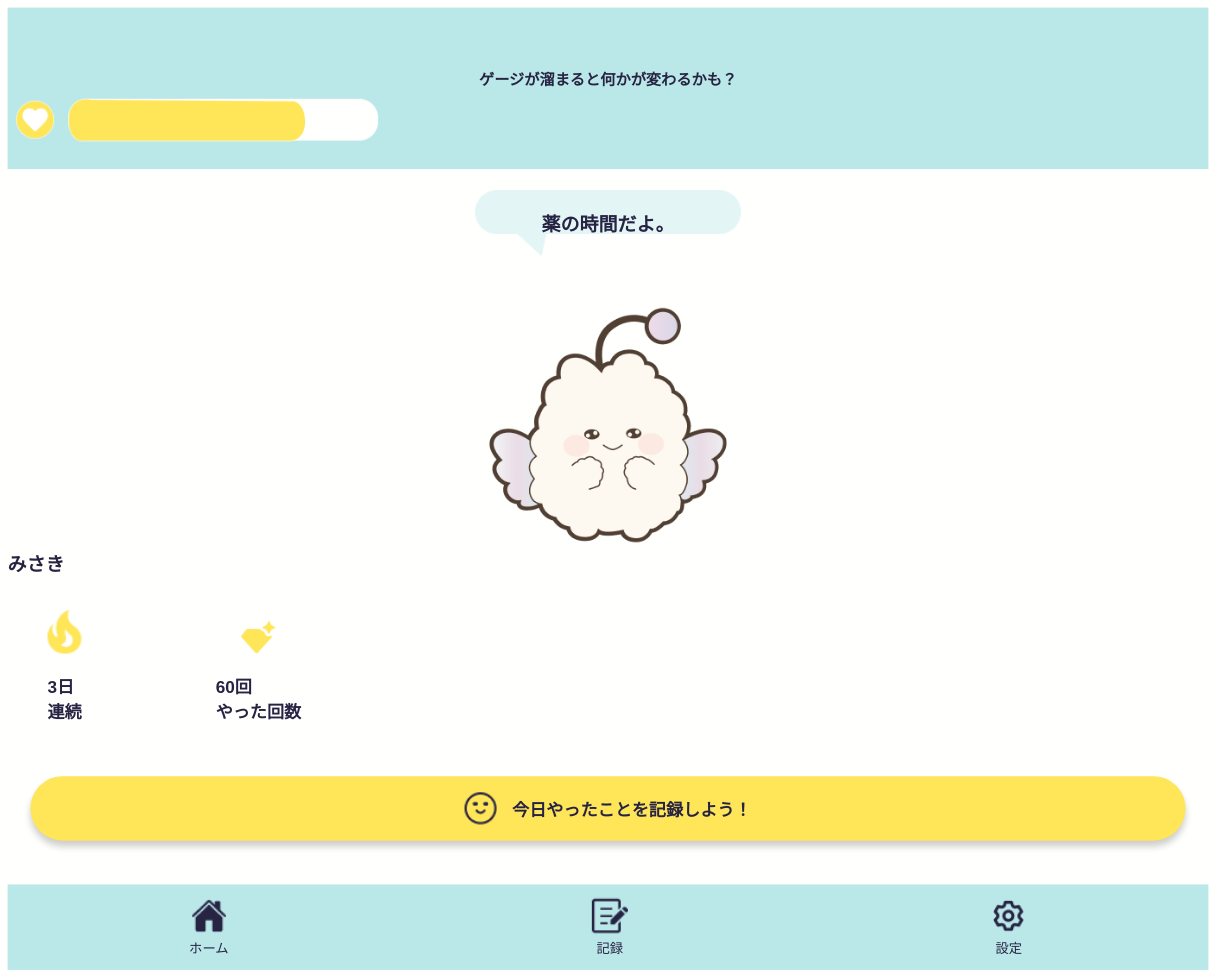
Repository: misaki0919/Self-care
Page: home_page.html
The author's editor kept a copy of each file at every save. The page is drawn from the files as they stood at one save, then again after the next save.
The browser window is 1280 px wide. The pictures show the whole page, at 95% of full size.
Some web fonts or font styles are not loaded; a fallback is used.

Above is the page before, as saved 2026-07-20 21:55:28.

After the next save:
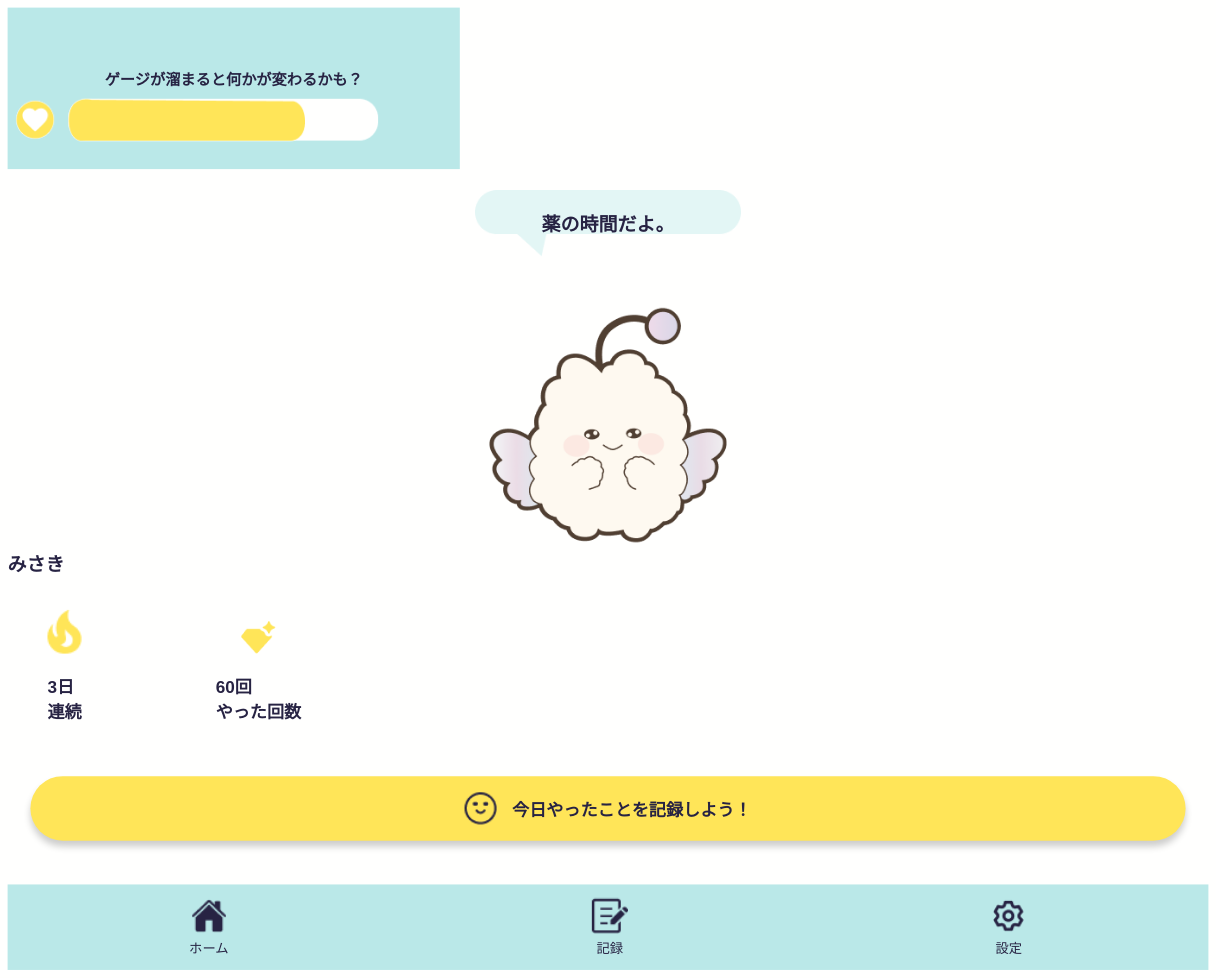
Saved 41 s later.
--- a/css/home_page.css
+++ b/css/home_page.css
@@ -28,6 +28,7 @@ body{
 .header-wrap{
     background:#BAE8E8;
     padding:30px 24px;
+    width: 428px;
 }
 
 .ge-ji{
